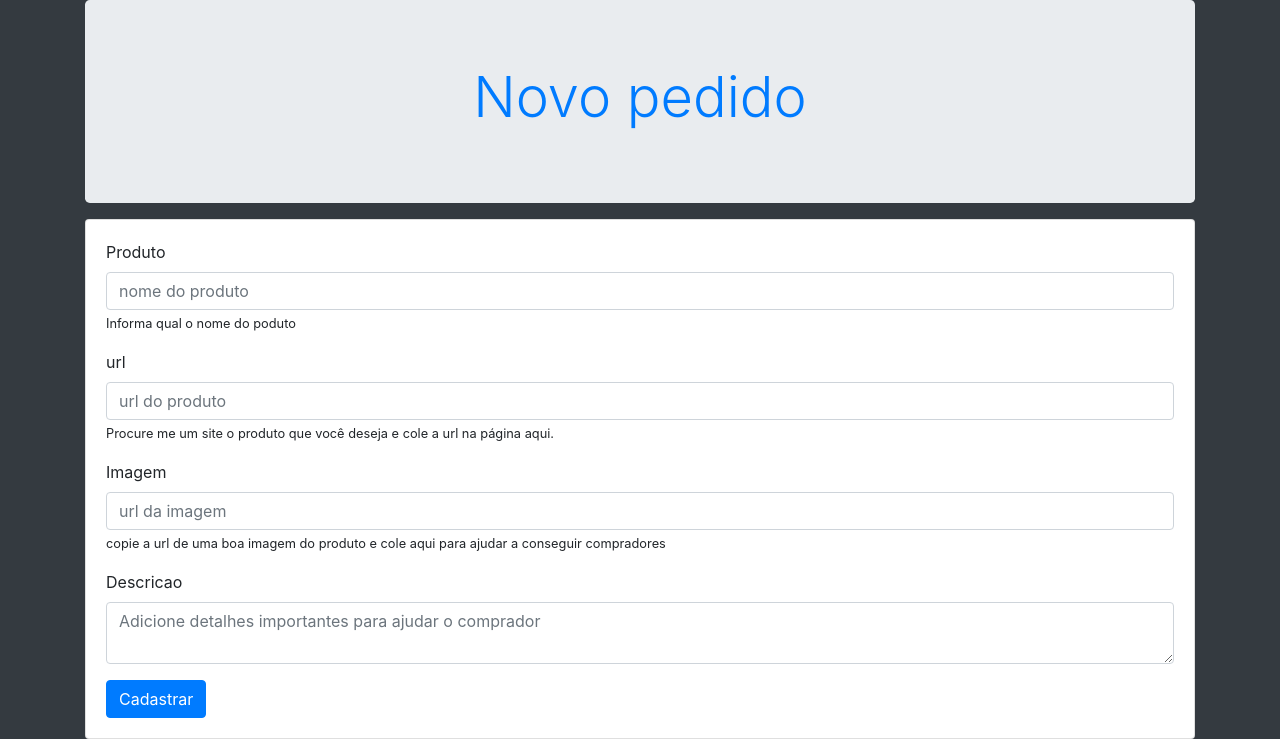
Repository: Erick-Fernandes-dev/Spring_MVC_Part2
Page: http://localhost/pedido/formulario
The author's editor kept a copy of each file at every save. The page is drawn from the files as they stood at one save, then again after the next save.
The browser window is 1280 px wide. The pictures show the whole page.
Some web fonts or font styles are not loaded; a fallback is used. The page is this project's Thymeleaf template; nobody is signed in. The template is opened directly, without the code that normally fills it, so the values that code supplies are empty.

Above is the page before, as saved 2022-05-26 19:20:45.

### mudi/src/main/resources/templates/pedido/formulario.html
<!DOCTYPE html>
<html>
<head>
	<meta charset="UTF-8">
	<title>Insert title here</title>
	<link rel="stylesheet"
		href="https://stackpath.bootstrapcdn.com/bootstrap/4.5.2/css/bootstrap.min.css"
		integrity="sha384-JcKb8q3iqJ61gNV9KGb8thSsNjpSL0n8PARn9HuZOnIxN0hoP+VmmDGMN5t9UJ0Z"
		crossorigin="anonymous">

</head>
</head>

<body class="bg-dark">

	<div class="container">

		<div class="jumbotron mb-0">

			<h1 class="display-4 text-primary" style="text-align: center;">Novo pedido</h1>

		</div>

		<div class="card mt-3">
			<form th:object = "${requisicaoNovoPedido}" class = "card-body" action="/pedido/novo" method="post">

				<div class="form-group">

					<label for="nomeProduto">Produto</label>
					<input th:field = "*{nomeProduto}" th:errorclass = "is-invalid" class = "form-control" placeholder="nome do produto">
					<small>Informa qual o nome do poduto</small>

					<div class="invalid-feedback"  th:errors = "*{nomeProduto}">
						Erros do nome do produto
					</div>

				</div>

				<div class="form-group">

					<label for="urlProduto">url</label>
					<input th:field = "*{urlProduto}" th:errorclass = "is-invalid" class = "form-control" placeholder="url do produto">
					<small>Procure me um site o produto que você deseja e cole a url na página aqui. </small>

					<div class="invalid-feedback" th:errors = "*{urlProduto}">
						Erros da url do produto
					</div>

				</div>


				<div class="form-group">

					<label for="urlImagem">Imagem</label>
					<input th:field = "*{urlImagem}" th:errorclass = "is-invalid" class = "form-control" placeholder="url da imagem">
					<small>copie a url de uma boa imagem do produto e cole aqui para ajudar a conseguir compradores</small>
					<div class="invalid-feedback" th:errors = "*{urlImagem}">
						Erros da url da imagem
					</div>

				</div>

				<div class="form-group">

					<label for="descricao">Descricao</label>
					<textarea th:field = "*{descricao}" class = "form-control" placeholder="Adicione detalhes importantes para ajudar o comprador"></textarea>

				</div>

				<button class="btn btn-primary" type="submit">Cadastrar</button>

			</form>
		</div>
	</div>
</body>

</html>

After the next save:
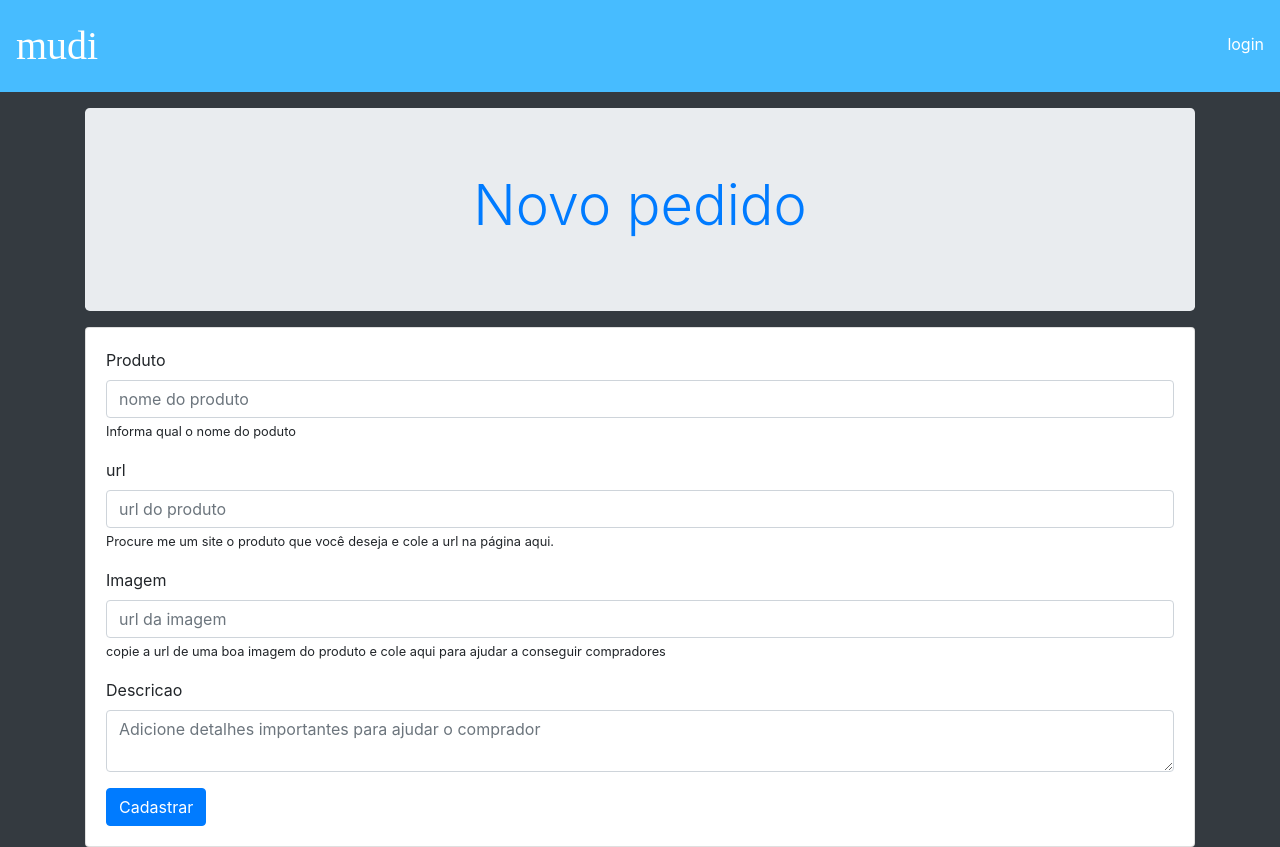
Saved 59 min 23 s later.
--- a/mudi/src/main/resources/templates/pedido/formulario.html
+++ b/mudi/src/main/resources/templates/pedido/formulario.html
@@ -8,10 +8,37 @@
 		integrity="sha384-JcKb8q3iqJ61gNV9KGb8thSsNjpSL0n8PARn9HuZOnIxN0hoP+VmmDGMN5t9UJ0Z"
 		crossorigin="anonymous">
 
+	<link rel="preconnect" href="https://fonts.googleapis.com">
+	<link rel="preconnect" href="https://fonts.gstatic.com" crossorigin>
+	<link
+		href="https://fonts.googleapis.com/css2?family=Handlee&display=swap"
+		rel="stylesheet">
+	<style>
+	.logo-container {
+		background-color: #47bcff;
+		color: #fff;
+	}
+
+	.logo {
+
+		font-family: 'Handlee', cursive;
+		font-size: 2.5rem;
+
+	}
+
+	</style>
+
 </head>
 </head>
 
 <body class="bg-dark">
+
+	<div class="logo-container mb-3 p-3 d-flex justify-content-between">
+
+		<span class="logo">mudi</span>
+		<span class="mt-3">login</span>
+
+	</div>
 
 	<div class="container">
 
